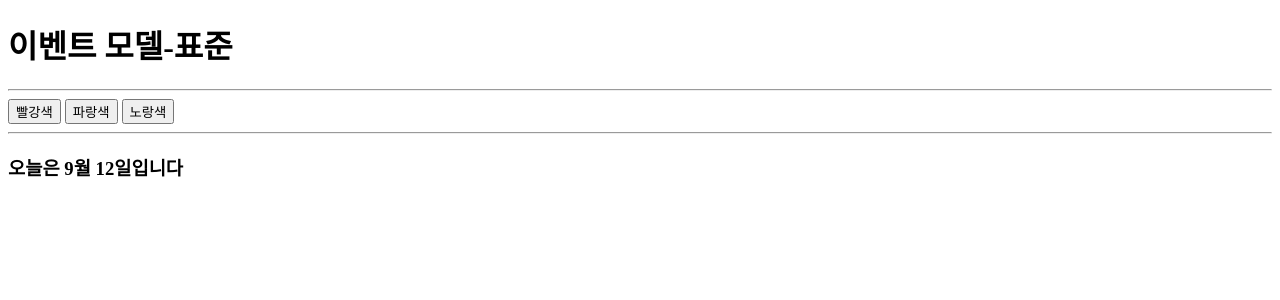
Repository: jhsnex123/web_study
Page: edu/src/main/webapp/jsexam/domexam/exercise11_3.html
These files come from the project's save history. The page is drawn as it stood at one moment and after the next save; the edit follows.
The browser window is 1280 px wide. The pictures show the whole page.

Above is the page before, as saved 2024-09-25 11:43:49.

### edu/src/main/webapp/jsexam/domexam/exercise11_3.html
<!DOCTYPE html>
<html>
<head>
	<meta charset="UTF-8">
	<title>Insert title here</title>
</head>
<body>
	<h1>이벤트 모델-표준</h1>
	<hr>
	<button id="redButton">빨강색</button>
	<button id="blueButton">파랑색</button>
	<button id="yellowButton">노랑색</button>
	<hr>
	<h3 id="dateDisplay"></h3>



	<script>
	window.onload=function() {
		const date = new Date();
		const month = date.getMonth()+1;
		const day = date.getDate();          // 자바스크립트 date 검색
        document.getElementById('dateDisplay').innerText = `오늘은 ${month}월 ${day}일입니다`;

	};

	function test1(){
		dateDisplay.style.color='red';
	}
	function test2(){
		dateDisplay.style.color='blue';
	}
	function test3(){
		dateDisplay.style.color='yellow';
	}

	var redButton = document.querySelector("#redButton");

	var blueButton = document.querySelector("#blueButton");

	var yellowButton = document.querySelector("#yellowButton");

	redButton.onclick = test1;

	blueButton.onclick = test2;

	yellowButton.onclick = test3;

	</script>
</body>
</html>

After the next save:
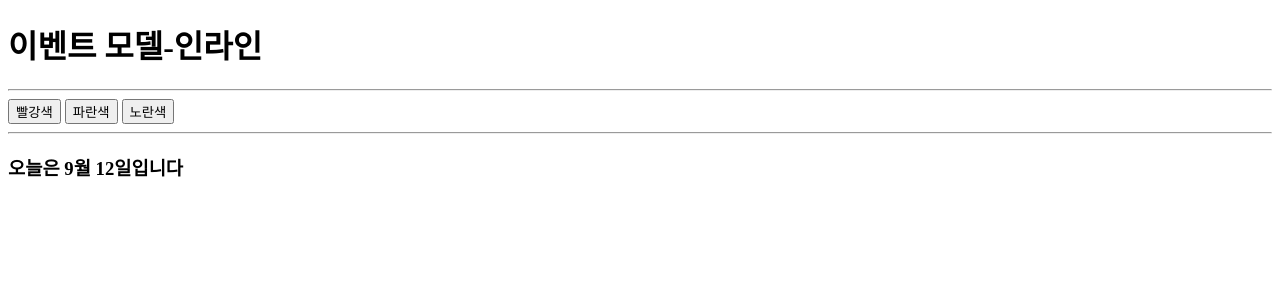
Saved 88 s later.
--- a/edu/src/main/webapp/jsexam/domexam/exercise11_3.html
+++ b/edu/src/main/webapp/jsexam/domexam/exercise11_3.html
@@ -1,51 +1,41 @@
 <!DOCTYPE html>
 <html>
 <head>
-	<meta charset="UTF-8">
-	<title>Insert title here</title>
+<meta charset="UTF-8">
+<title>Insert title here</title>
 </head>
 <body>
-	<h1>이벤트 모델-표준</h1>
+    <h1>이벤트 모델-인라인</h1>
+    <hr>
+    <button id="redButton">빨강색</button>
+    <button id="blueButton">파란색</button>
+    <button id="yellowButton">노란색</button>
 	<hr>
-	<button id="redButton">빨강색</button>
-	<button id="blueButton">파랑색</button>
-	<button id="yellowButton">노랑색</button>
-	<hr>
-	<h3 id="dateDisplay"></h3>
+    <h3 id="dateDisplay"></h3>
+    <script>
+        window.onload = function() {
+            const date = new Date();
+            const month = date.getMonth() + 1;
+            const day = date.getDate();
+            document.getElementById('dateDisplay').innerText = `오늘은 ${month}월 ${day}일입니다`;
+        };
+        function test1() {
+            dateDisplay.style.color = "red";
+        }
+        function test2() {
+            dateDisplay.style.color = "blue";
+        }
+        function test3() {
+            dateDisplay.style.color = "yellow";
+        }
 
+		var redButton = document.getElementById("redButton");
+		var blueButton = document.getElementById("blueButton");
+		var yellowButton = document.getElementById("yellowButton");
+		redButton.addEventListener("click", test1);
+		blueButton.addEventListener("click", test2);
+		yellowButton.addEventListener("click", test3);
 
-
-	<script>
-	window.onload=function() {
-		const date = new Date();
-		const month = date.getMonth()+1;
-		const day = date.getDate();          // 자바스크립트 date 검색
-        document.getElementById('dateDisplay').innerText = `오늘은 ${month}월 ${day}일입니다`;
-
-	};
-
-	function test1(){
-		dateDisplay.style.color='red';
-	}
-	function test2(){
-		dateDisplay.style.color='blue';
-	}
-	function test3(){
-		dateDisplay.style.color='yellow';
-	}
-
-	var redButton = document.querySelector("#redButton");
-
-	var blueButton = document.querySelector("#blueButton");
-
-	var yellowButton = document.querySelector("#yellowButton");
-
-	redButton.onclick = test1;
-
-	blueButton.onclick = test2;
-
-	yellowButton.onclick = test3;
-
-	</script>
+    </script>
 </body>
 </html>
